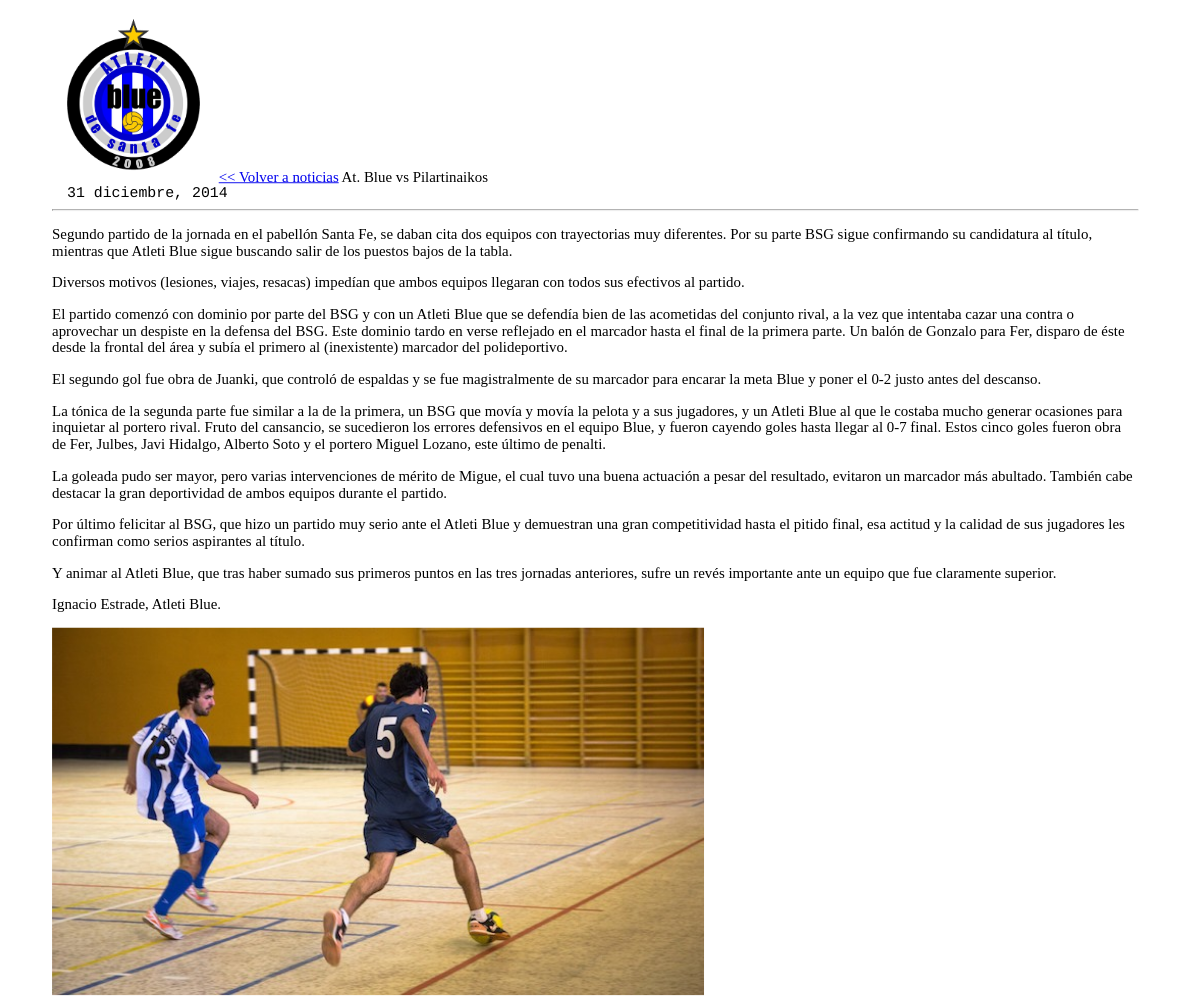
Repository: DiegoGodoy/atletiblue
Page: app/views/noticias/noticia3.html
The author's editor kept a record of every edit. The page is drawn from the files as they stood at one moment, then again after the next edit.
The browser window is 1280 px wide. The pictures show the whole page, at 93% of full size.

Above is the page before.

### app/views/noticias/noticia3.html
<div ng-controller="NoticiasCtrl" class="container" >
        <div class="row">

            <div class="col-md-12">
                <div class="panel">
                    <div class="panel-heading" style="margin-left:3em;margin-right:3em">
                        <img alt="" src="images/escudo.png" style="width:15%" class="pull-left">
                        <span class="todasNoticias pull-right"> <a  href="#noticias"><< Volver a noticias</a></span>
                        <span class="titulosPortada">At. Blue vs Pilartinaikos</span>
                        <br>
                        <medium style="font-family:courier,'new courier';margin-left:1em;" class="text-muted">31 diciembre, 2014</medium>
                        <hr class="separadorTitulos">
                        <p>Segundo partido de la jornada en el pabellón Santa Fe, se daban cita dos equipos con trayectorias muy diferentes. Por su parte BSG sigue confirmando su candidatura al título, mientras que Atleti Blue sigue buscando salir de los puestos bajos de la tabla.</p>

                        <p>Diversos motivos (lesiones, viajes, resacas) impedían que ambos equipos llegaran con todos sus efectivos al partido.</p>

                        <p>El partido comenzó con dominio por parte del BSG y con un Atleti Blue que se defendía bien de las acometidas del conjunto rival, a la vez que intentaba cazar una contra o aprovechar un despiste en la defensa del BSG. Este dominio tardo en verse reflejado en el marcador hasta el final de la primera parte. Un balón de Gonzalo para Fer, disparo de éste desde la frontal del área y subía el primero al (inexistente) marcador del polideportivo.</p>

                        <p>El segundo gol fue obra de Juanki, que controló de espaldas y se fue magistralmente de su marcador para encarar la meta Blue y poner el 0-2 justo antes del descanso.</p>

                        <p>La tónica de la segunda parte fue similar a la de la primera, un BSG que movía y movía la pelota y a sus jugadores, y un Atleti Blue al que le costaba mucho generar ocasiones para  inquietar al portero rival. Fruto del cansancio, se sucedieron los errores defensivos en el equipo Blue, y fueron cayendo goles hasta llegar al 0-7 final. Estos cinco goles fueron obra de Fer, Julbes, Javi Hidalgo, Alberto Soto y el portero Miguel Lozano, este último de penalti.</p>

                        <p>La goleada pudo ser mayor, pero varias intervenciones de mérito de Migue, el cual tuvo una buena actuación a pesar del resultado, evitaron un marcador más abultado. También cabe destacar la gran deportividad de ambos equipos durante el partido.</p>

                        <p>Por último felicitar al BSG, que hizo un partido muy serio ante el Atleti Blue y demuestran una gran competitividad hasta el pitido final, esa actitud y la calidad de sus jugadores les confirman como serios aspirantes al título.</p>

                        <p>Y animar al Atleti Blue, que tras haber sumado sus primeros puntos en las tres jornadas anteriores, sufre un revés importante ante un equipo que fue claramente superior.</p>

                        <p>Ignacio Estrade, Atleti Blue.</p>

                        <img alt="" src="images/noticia2.jpg" style="width:60%">
                </div>
            </div>
            <!--/col-12-->
        </div>
</div>

After the next edit:
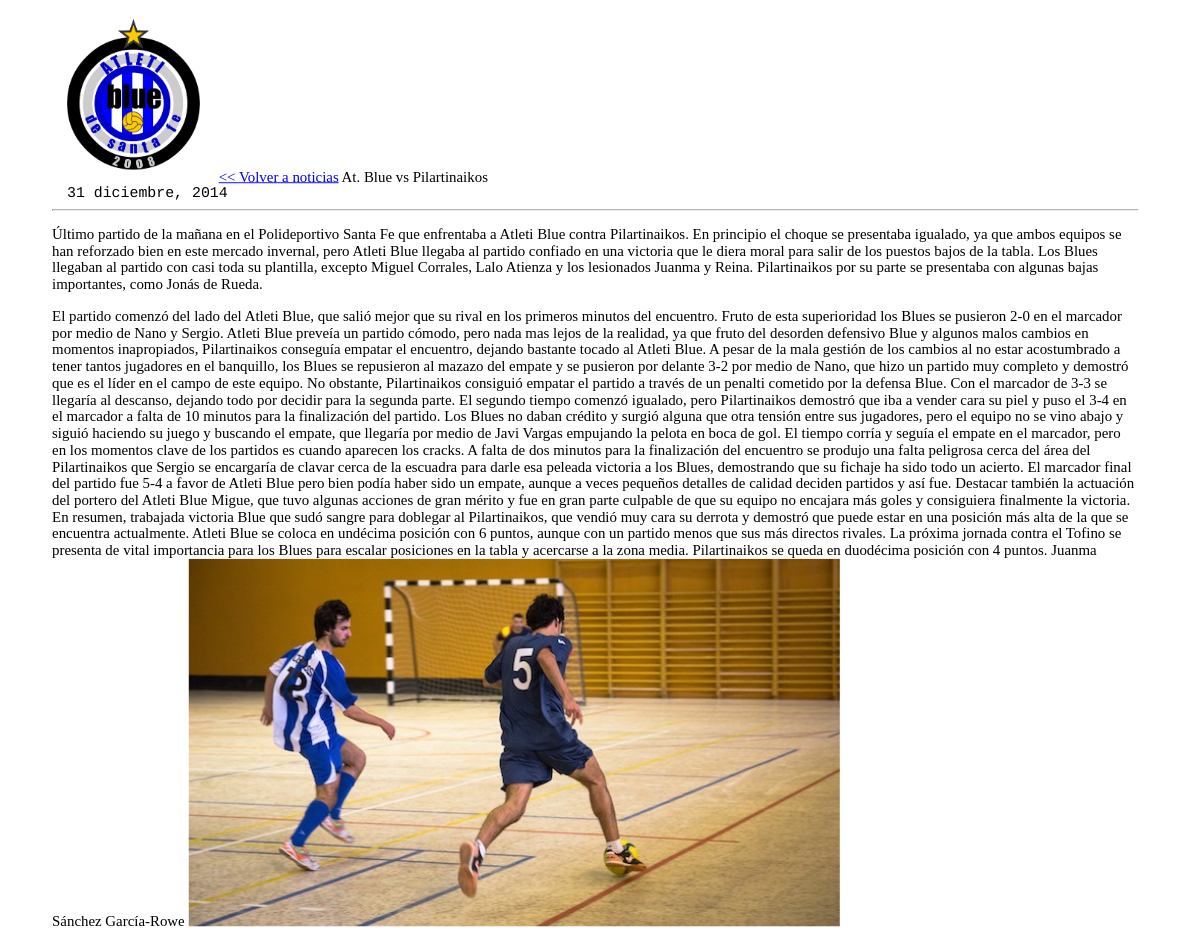
The edit:
--- a/app/views/noticias/noticia3.html
+++ b/app/views/noticias/noticia3.html
@@ -10,23 +10,19 @@
                         <br>
                         <medium style="font-family:courier,'new courier';margin-left:1em;" class="text-muted">31 diciembre, 2014</medium>
                         <hr class="separadorTitulos">
-                        <p>Segundo partido de la jornada en el pabellón Santa Fe, se daban cita dos equipos con trayectorias muy diferentes. Por su parte BSG sigue confirmando su candidatura al título, mientras que Atleti Blue sigue buscando salir de los puestos bajos de la tabla.</p>
+                        <p>Último partido de la mañana en el Polideportivo Santa Fe que enfrentaba a Atleti Blue contra Pilartinaikos. En principio el choque se presentaba igualado, ya que ambos equipos se han reforzado bien en este mercado invernal, pero Atleti Blue llegaba al partido confiado en una victoria que le diera moral para salir de los puestos bajos de la tabla. Los Blues llegaban al partido con casi toda su plantilla, excepto Miguel Corrales, Lalo Atienza y los lesionados Juanma y Reina. Pilartinaikos por su parte se presentaba con algunas bajas importantes, como Jonás de Rueda.</p>
 
-                        <p>Diversos motivos (lesiones, viajes, resacas) impedían que ambos equipos llegaran con todos sus efectivos al partido.</p>
+El partido comenzó del lado del Atleti Blue, que salió mejor que su rival en los primeros minutos del encuentro. Fruto de esta superioridad los Blues se pusieron 2-0 en el marcador por medio de Nano y Sergio. Atleti Blue preveía un partido cómodo, pero nada mas lejos de la realidad, ya que fruto del desorden defensivo Blue y algunos malos cambios en momentos inapropiados, Pilartinaikos conseguía empatar el encuentro, dejando bastante tocado al Atleti Blue. A pesar de la mala gestión de los cambios al no estar acostumbrado a tener tantos jugadores en el banquillo, los Blues se repusieron al mazazo del empate y se pusieron por delante 3-2 por medio de Nano, que hizo un partido muy completo y demostró que es el líder en el campo de este equipo. No obstante, Pilartinaikos consiguió empatar el partido a través de un penalti cometido por la defensa Blue. Con el marcador de 3-3 se llegaría al descanso, dejando todo por decidir para la segunda parte.
 
-                        <p>El partido comenzó con dominio por parte del BSG y con un Atleti Blue que se defendía bien de las acometidas del conjunto rival, a la vez que intentaba cazar una contra o aprovechar un despiste en la defensa del BSG. Este dominio tardo en verse reflejado en el marcador hasta el final de la primera parte. Un balón de Gonzalo para Fer, disparo de éste desde la frontal del área y subía el primero al (inexistente) marcador del polideportivo.</p>
+El segundo tiempo comenzó igualado, pero Pilartinaikos demostró que iba a vender cara su piel y puso el 3-4 en el marcador a falta de 10 minutos para la finalización del partido. Los Blues no daban crédito y surgió alguna que otra tensión entre sus jugadores, pero el equipo no se vino abajo y siguió haciendo su juego y buscando el empate, que llegaría por medio de Javi Vargas empujando la pelota en boca de gol. El tiempo corría y seguía el empate en el marcador, pero en los momentos clave de los partidos es cuando aparecen los cracks. A falta de dos minutos para la finalización del encuentro se produjo una falta peligrosa cerca del área del Pilartinaikos que Sergio se encargaría de clavar cerca de la escuadra para darle esa peleada victoria a los Blues, demostrando que su fichaje ha sido todo un acierto. El marcador final del partido fue 5-4 a favor de Atleti Blue pero bien podía haber sido un empate, aunque a veces pequeños detalles de calidad deciden partidos y así fue.
 
-                        <p>El segundo gol fue obra de Juanki, que controló de espaldas y se fue magistralmente de su marcador para encarar la meta Blue y poner el 0-2 justo antes del descanso.</p>
+Destacar también la actuación del portero del Atleti Blue Migue, que tuvo algunas acciones de gran mérito y fue en gran parte culpable de que su equipo no encajara más goles y consiguiera finalmente la victoria.
 
-                        <p>La tónica de la segunda parte fue similar a la de la primera, un BSG que movía y movía la pelota y a sus jugadores, y un Atleti Blue al que le costaba mucho generar ocasiones para  inquietar al portero rival. Fruto del cansancio, se sucedieron los errores defensivos en el equipo Blue, y fueron cayendo goles hasta llegar al 0-7 final. Estos cinco goles fueron obra de Fer, Julbes, Javi Hidalgo, Alberto Soto y el portero Miguel Lozano, este último de penalti.</p>
+En resumen, trabajada victoria Blue que sudó sangre para doblegar al Pilartinaikos, que vendió muy cara su derrota y demostró que puede estar en una posición más alta de la que se encuentra actualmente. Atleti Blue se coloca en undécima posición con 6 puntos, aunque con un partido menos que sus más directos rivales. La próxima jornada contra el Tofino se presenta de vital importancia para los Blues para escalar posiciones en la tabla y acercarse a la zona media. Pilartinaikos se queda en duodécima posición con 4 puntos.
 
-                        <p>La goleada pudo ser mayor, pero varias intervenciones de mérito de Migue, el cual tuvo una buena actuación a pesar del resultado, evitaron un marcador más abultado. También cabe destacar la gran deportividad de ambos equipos durante el partido.</p>
 
-                        <p>Por último felicitar al BSG, que hizo un partido muy serio ante el Atleti Blue y demuestran una gran competitividad hasta el pitido final, esa actitud y la calidad de sus jugadores les confirman como serios aspirantes al título.</p>
 
-                        <p>Y animar al Atleti Blue, que tras haber sumado sus primeros puntos en las tres jornadas anteriores, sufre un revés importante ante un equipo que fue claramente superior.</p>
-
-                        <p>Ignacio Estrade, Atleti Blue.</p>
+Juanma Sánchez García-Rowe
 
                         <img alt="" src="images/noticia2.jpg" style="width:60%">
                 </div>
